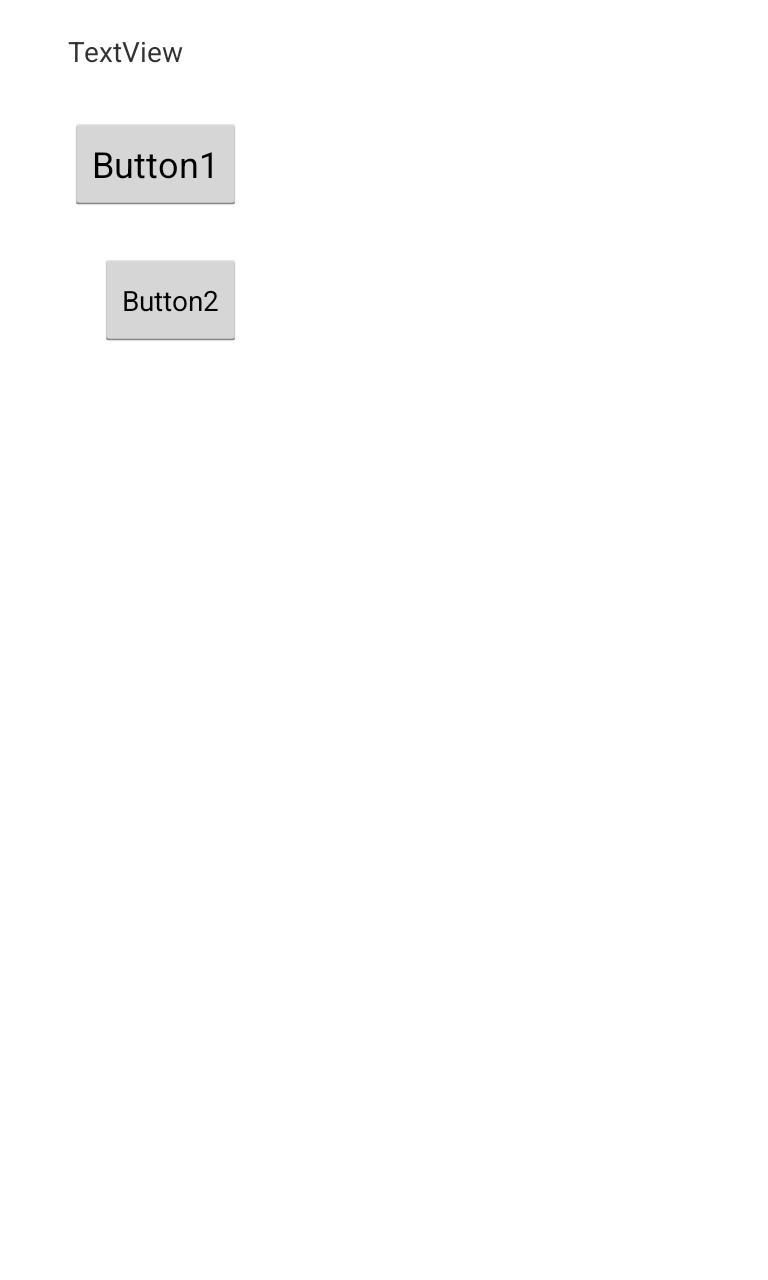
Repository: freelancer-dorian/exerciseAndroid
Layout: 05-20-UIBasic/Buttons/res/layout/fragment_main.xml
An editor plug-in stored every save of this project. The layout is shown before and after the next save, followed by the edit.
It is drawn on a 768 x 1280 px phone screen (xhdpi) without system bars, with theme AppTheme; the app's code is not run.

Above is the layout before, as saved 2014-05-20 03:32:35.

### 05-20-UIBasic/Buttons/res/layout/fragment_main.xml
<RelativeLayout xmlns:android="http://schemas.android.com/apk/res/android"
    xmlns:tools="http://schemas.android.com/tools"
    android:layout_width="match_parent"
    android:layout_height="match_parent"
    android:paddingBottom="@dimen/activity_vertical_margin"
    android:paddingLeft="@dimen/activity_horizontal_margin"
    android:paddingRight="@dimen/activity_horizontal_margin"
    android:paddingTop="@dimen/activity_vertical_margin"
    tools:context="com.dorian.buttons.MainActivity$PlaceholderFragment" >

    <Button
        android:id="@+id/button1"
        android:layout_width="wrap_content"
        android:layout_height="wrap_content"
        android:layout_alignParentLeft="true"
        android:layout_alignParentTop="true"
        android:layout_marginLeft="18dp"
        android:layout_marginTop="42dp"
        android:text="Button1" />

    <Button
        android:id="@+id/button2"
        style="?android:attr/buttonStyleSmall"
        android:layout_width="wrap_content"
        android:layout_height="wrap_content"
        android:layout_alignRight="@+id/button1"
        android:layout_below="@+id/button1"
        android:layout_marginTop="20dp"
        android:text="Button2" />

    <TextView
        android:id="@+id/textView1"
        android:layout_width="wrap_content"
        android:layout_height="wrap_content"
        android:layout_alignLeft="@+id/button1"
        android:layout_alignParentTop="true"
        android:text="TextView" />

</RelativeLayout>

Loaded but not shown: 05-20-UIBasic/Buttons/res/values/styles.xml (common file); 05-20-UIBasic/Buttons/res/values-v11/styles.xml (common file); 05-20-UIBasic/Buttons/res/values-v14/styles.xml (common file); 05-20-UIBasic/Buttons/res/values/dimens.xml (common file); 05-20-UIBasic/Buttons/res/values-w820dp/dimens.xml (common file)

After the next save:
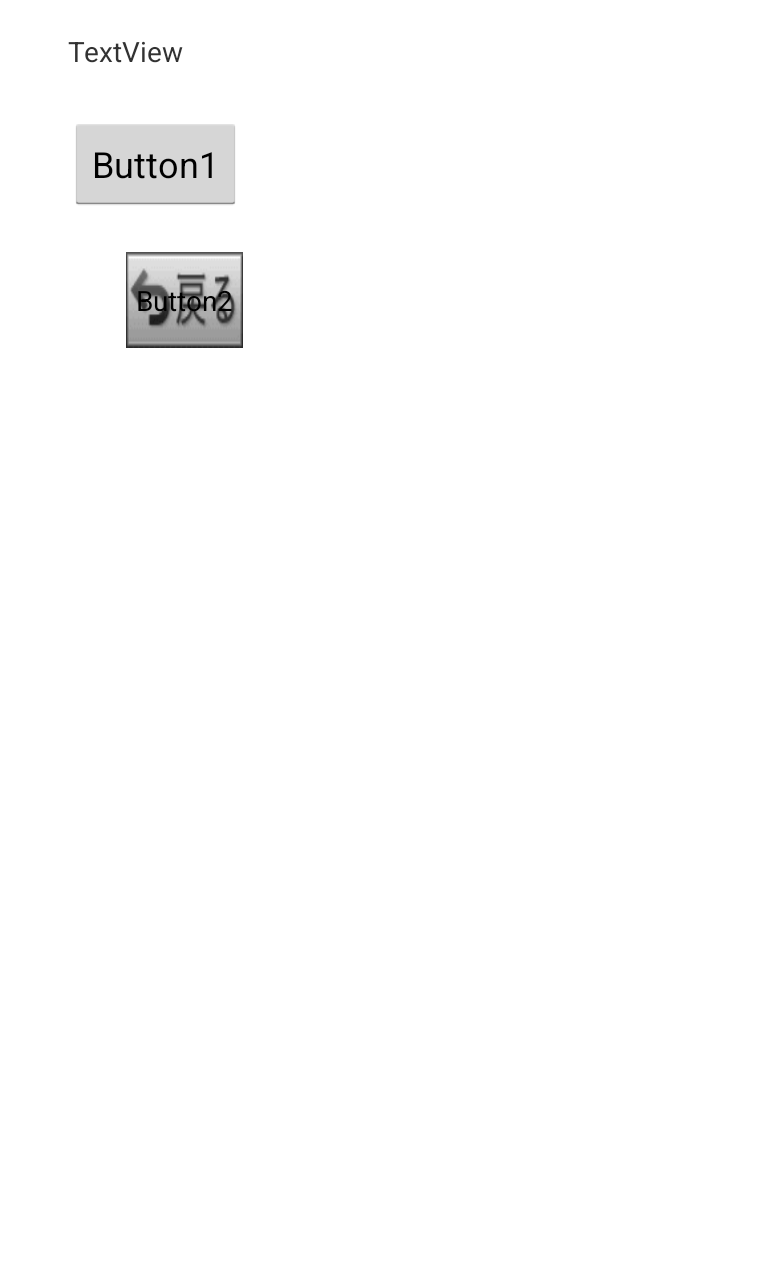
Saved 30 min 48 s later.
--- a/05-20-UIBasic/Buttons/res/layout/fragment_main.xml
+++ b/05-20-UIBasic/Buttons/res/layout/fragment_main.xml
@@ -26,6 +26,7 @@
         android:layout_alignRight="@+id/button1"
         android:layout_below="@+id/button1"
         android:layout_marginTop="20dp"
+        android:background="@drawable/back_normal"
         android:text="Button2" />
 
     <TextView
